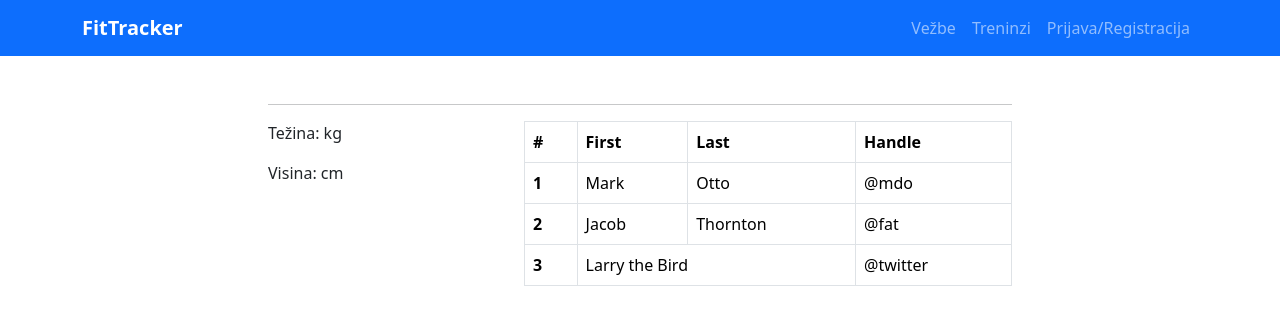
Repository: M1K1B/FitTracker
Page: http://localhost/FitTrackerWeb/profil.jsp
These files come from the project's save history. The page is drawn as it stood at one moment and after the next save; the edit follows.
The browser window is 1280 px wide. The pictures show the whole page.
The page is served by Tomcat 9. The template is opened directly, without the code that normally fills it, so the values that code supplies are empty.

Above is the page before, as saved 2024-02-02 10:43:16.

After the next save:
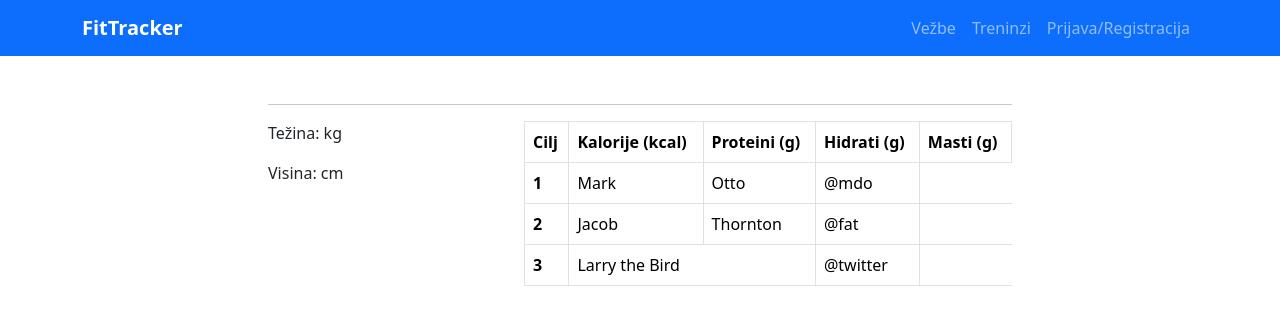
Saved 55 s later.
--- a/FitTrackerWeb/src/main/webapp/profil.jsp
+++ b/FitTrackerWeb/src/main/webapp/profil.jsp
@@ -44,10 +44,11 @@
 					<table class="table table-bordered">
 						<thead>
 							<tr>
-								<th scope="col">#</th>
-								<th scope="col">First</th>
-								<th scope="col">Last</th>
-								<th scope="col">Handle</th>
+								<th scope="col">Cilj</th>
+								<th scope="col">Kalorije (kcal)</th>
+								<th scope="col">Proteini (g)</th>
+								<th scope="col">Hidrati (g)</th>
+								<th scope="col">Masti (g)</th>
 							</tr>
 						</thead>
 						<tbody>
